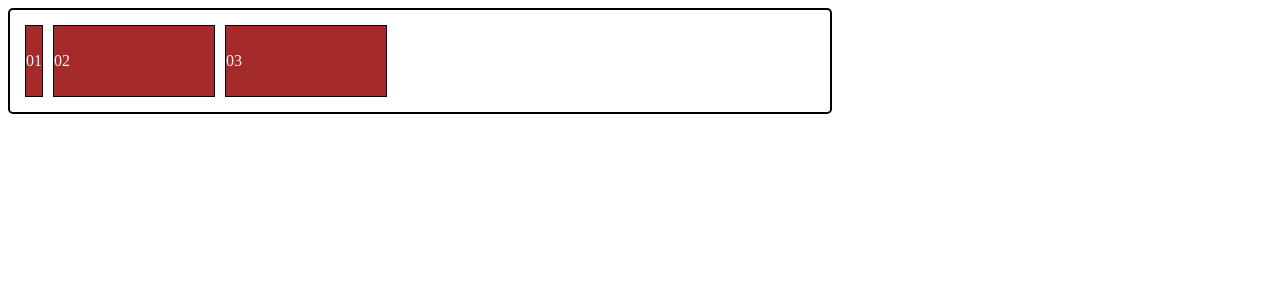
Repository: ozielms/flexbox
Page: outros/flexbox-master/index.html
The author's editor kept a copy of each file at every save. The page is drawn from the files as they stood at one save, then again after the next save.
The browser window is 1280 px wide. The pictures show the whole page.

Above is the page before, as saved 2022-04-23 04:01:50.

After the next save:
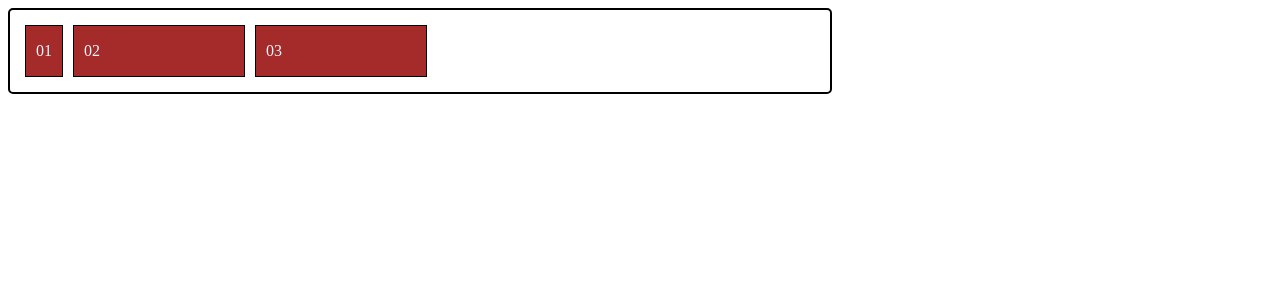
Saved 8 s later.
--- a/outros/flexbox-master/css/estilo.css
+++ b/outros/flexbox-master/css/estilo.css
@@ -35,5 +35,5 @@
 .filho3,
 div p {
     color: aliceblue;
-    padding: 5px 0px;
+    padding: 0px 5px;
 }
